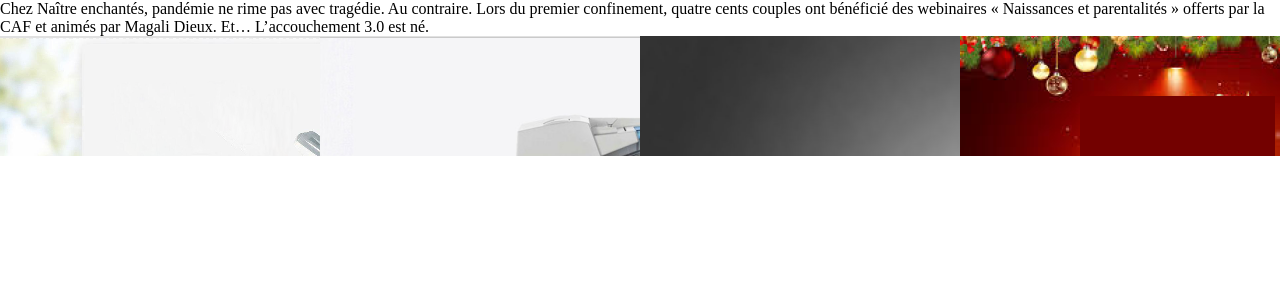
Repository: clairedupuich/kong_jian
Page: sllider_simple/index.html
The author's editor kept a copy of each file at every save. The page is drawn from the files as they stood at one save, then again after a run of saves.
The browser window is 1280 px wide. The pictures show the whole page.

Above is the page before, as saved 2020-12-07 22:37:04.

### sllider_simple/index.html
<!DOCTYPE html PUBLIC "-//W3C//DTD XHTML 1.0 Transitional//EN"
"http://www.w3.org/TR/xhtml1/DTD/xhtml1-transitional.dtd">
<html>
<head>
<meta http-equiv="Content-Type" content="text/html; charset=utf-8"/>
<title></title>
<link rel="stylesheet" href="style.css">

</head>
<body>
    <div class="">
        <p class="pp">
            Chez Naître enchantés, pandémie ne rime pas avec tragédie. Au contraire. Lors du premier confinement, quatre cents couples ont bénéficié des webinaires « Naissances et parentalités » offerts par la CAF et animés par Magali Dieux. Et… L’accouchement 3.0 est né.


        </p>
    </div>
<div id="view">
<ul id="img_list">
<li id="a"><img src="img/slider_img1.png" /></li>
<li id="b"><img src="img/slider_img2.png" /></li>
<li id="c"><img src="img/img_slider_31.png" /></li>
<li id="d"><img src="img/promo.png" /></li>
</ul>
</div>

<script src="main.js"></script>
</body>
</html>

<!--
    https://www.w3cschool.cn/lwp2e2/7cz212kd.html

    常见的幻灯片切换无非就是轮播和渐变，不管哪种都是用定时器来逐步改变图片或者图片组的某种属性来实现的。摒弃其他的效果，最简单的轮播也就只有一条语句：

parent.appendChild(parent.firstChild)，不断的把列表的一个元素添加到最后一个，appendChild会将节点从原来的位置移除，所以借此可以产生切换效果。

一点，IE对文本的文本节点与其他的浏览器不同，在获取子节点的时候需要注意，另外在不同版本的FF中，children这个属性也需要注意。

下面的demo没有设置#view的overflow:hidden。 -->

### sllider_simple/style.css
* {
    margin: 0;
    padding: 0;
}

ul {
    list-style: none;
}

#view {
    position: relative;
    width: 100%;
    height: 120px;
   /*  margin-left: 320px; */

    overflow: hidden;
}

#view:after {
    content: '.';
    display: block;
    clear: both;
    height: 0;
    visibility: hidden;
}

#img_list {
    position: absolute;
    width: 100%;
}

#img_list li {
    float: left;
    width: 320px;
    height: 120px;
}

#a {
    background: #87ceeb;
}

#b {
    background: #ff69b4;
}

#c {
    background: #98fb98;
}

### sllider_simple/main.js
var img_list = document.getElementById('img_list');
setInterval(function () {
    img_list.appendChild(img_list.firstChild);
}, 500)

After the next 2 saves:
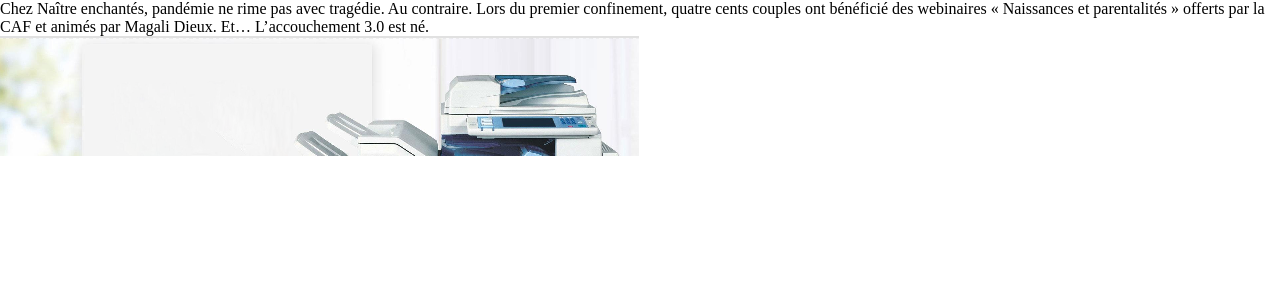
The 2 saves are shown as one change because they came seconds apart.
The last was saved 13 s later.
--- a/sllider_simple/style.css
+++ b/sllider_simple/style.css
@@ -31,7 +31,7 @@ ul {
 
 #img_list li {
     float: left;
-    width: 320px;
+    width: 100%
     height: 120px;
 }
 
